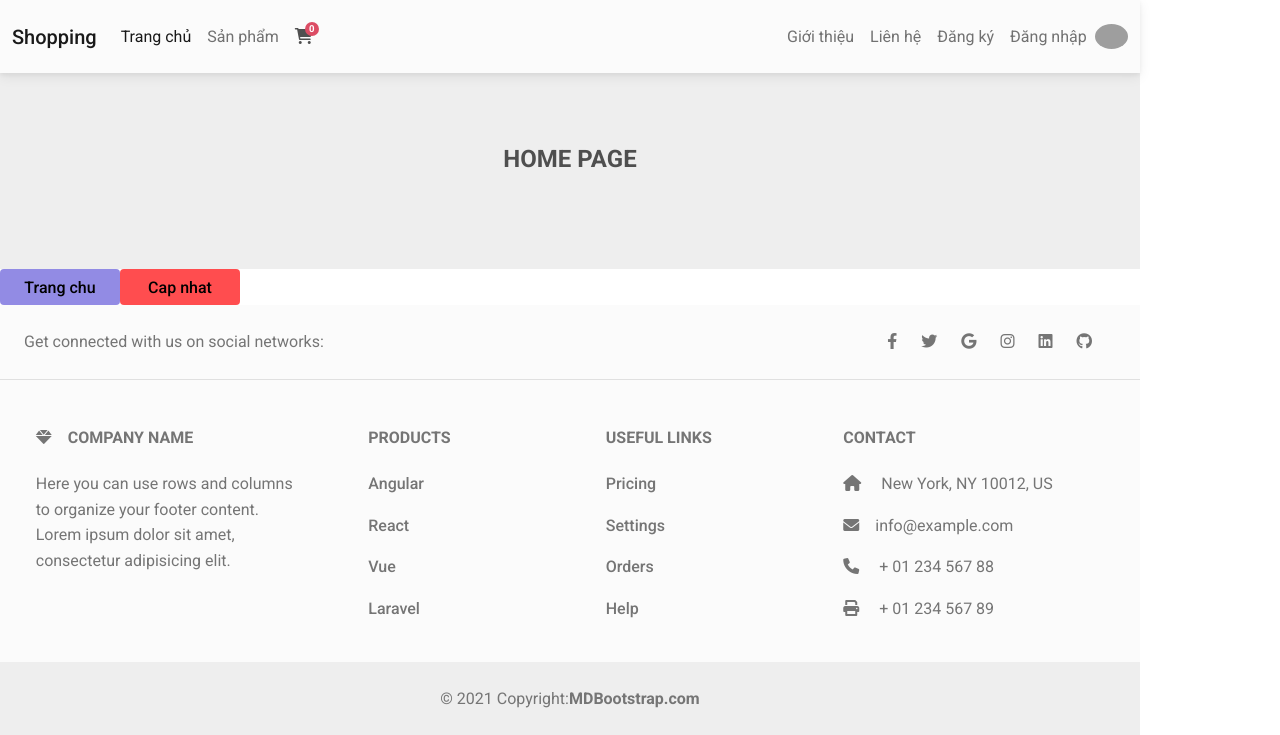
Repository: TinhTT336/MD02_Session10
Page: /
An editor plug-in stored every save of this project. The page is shown before and after the next save, followed by the edit.
The browser window is 1280 px wide. The pictures show the whole page.
Pictures or frames that could not be fetched are drawn as grey boxes. Some web libraries are served in a nearby version. The project was rebuilt for these pictures with package versions that can differ from the ones it lists, and the page was loaded fresh each time. Also part of the build but not shown: vite.config.js, src/common/formatMoney.js, src/actions/cartActions.js, src/pages/ListProduct.jsx, src/pages/Cart.jsx, src/components/base/backtop/backtop.css, src/components/base/backtop/BackToTop.jsx, src/pages/About.jsx and 11 more.

Above is the page before, as saved 2023-09-08 17:07:46.

After the next save:
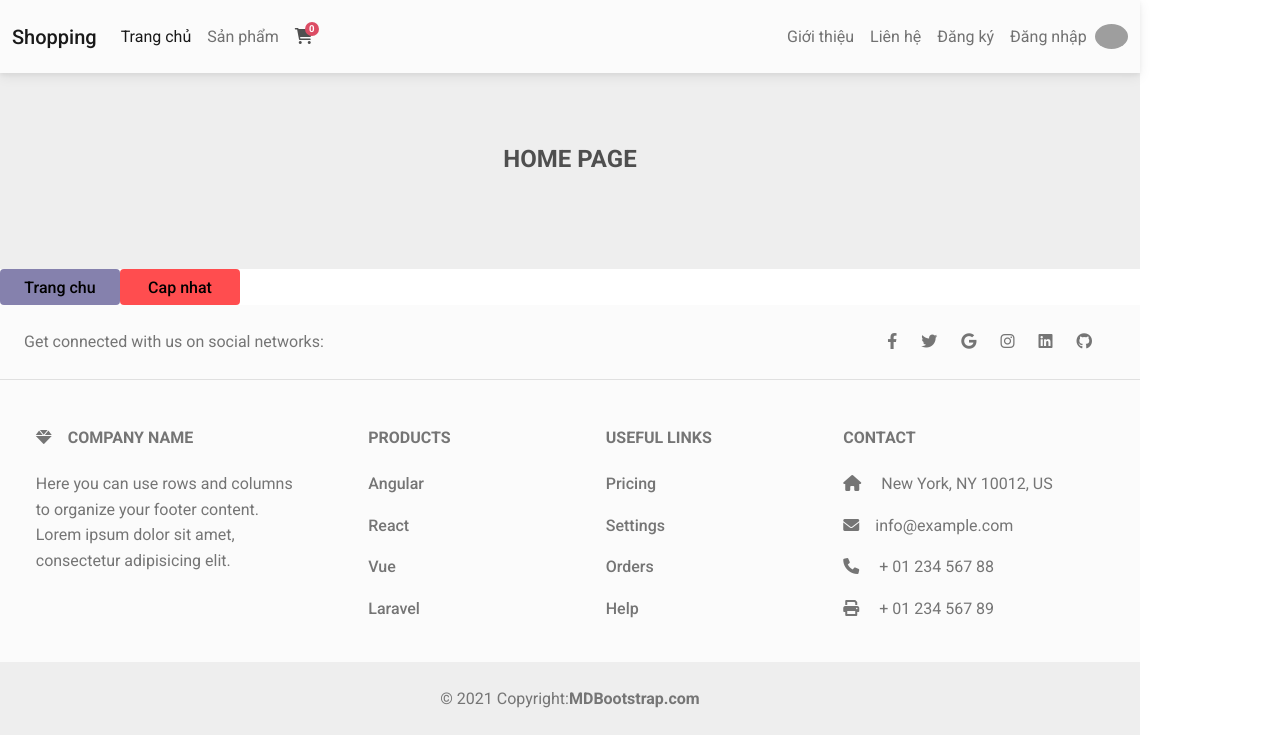
Saved 8 s later.
--- a/src/components/base/button/button.css
+++ b/src/components/base/button/button.css
@@ -10,7 +10,7 @@
 }
 
 .t-button-primary {
-  background-color: rgba(39, 24, 201, 0.5);
+  background-color: rgba(12, 5, 93, 0.5);
 }
 .t-button-primary:hover {
   background-color: rgba(0, 0, 0, 0.9);

After the save that followed:
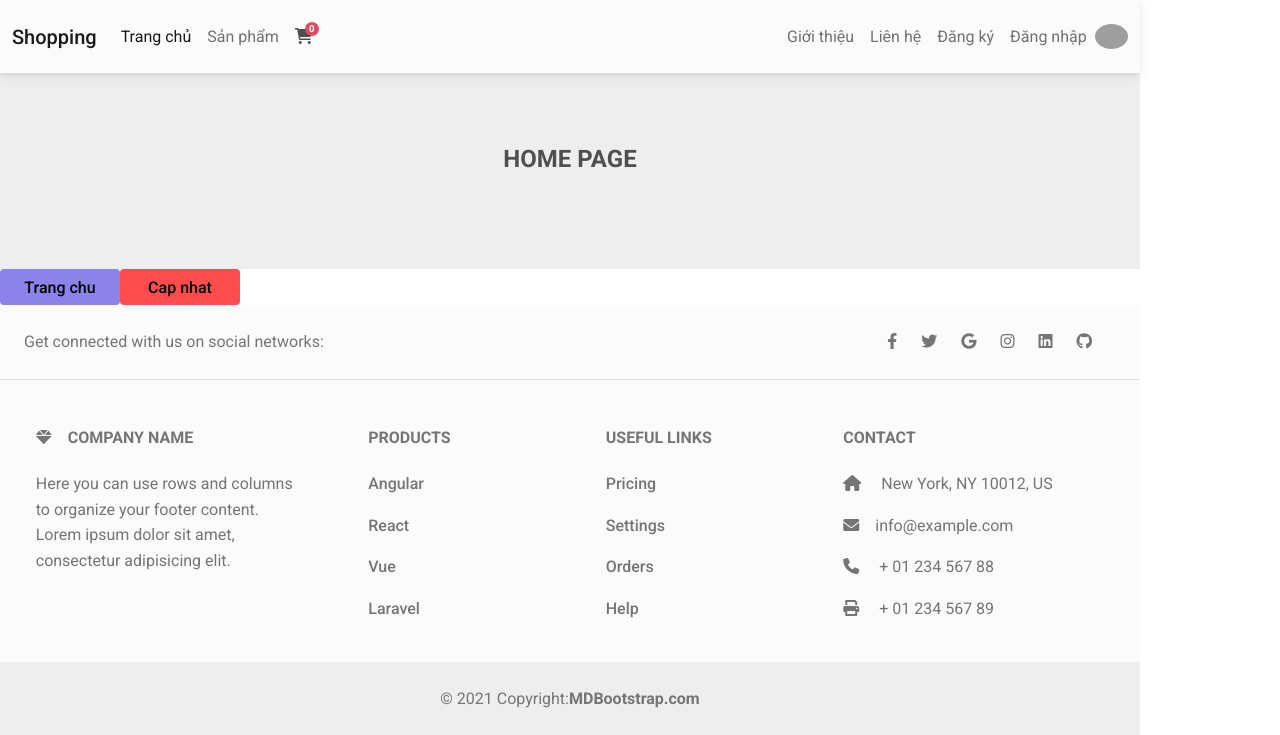
Saved 12 s later.
--- a/src/components/base/button/button.css
+++ b/src/components/base/button/button.css
@@ -10,7 +10,7 @@
 }
 
 .t-button-primary {
-  background-color: rgba(12, 5, 93, 0.5);
+  background-color: rgba(25, 8, 214, 0.5);
 }
 .t-button-primary:hover {
   background-color: rgba(0, 0, 0, 0.9);
